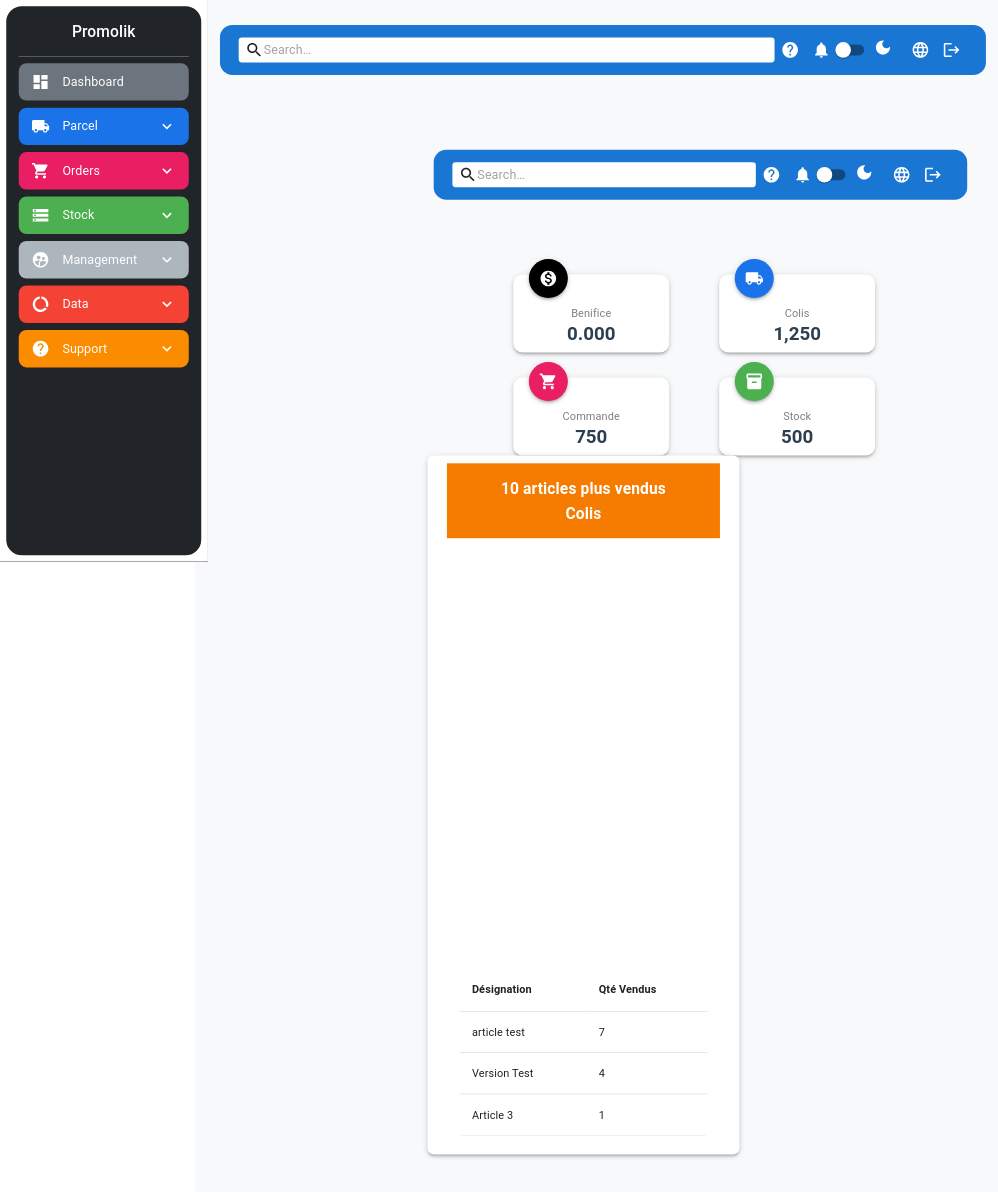
Repository: yosrjdly/stk
Page: /dashboard (app in dashboard/)
The author's editor kept a copy of each file at every save. The page is drawn from the files as they stood at one save, then again after the next save.
The browser window is 1280 px wide. The pictures show the whole page, at 78% of full size.
The project was rebuilt for these pictures with package versions that can differ from the ones it lists, and the page was loaded fresh each time. The framework's server and built-in components were replaced by stand-ins that run in the browser. Also part of the build but not shown: dashboard/next.config.ts.

Above is the page before, as saved 2025-02-14 18:17:14.

### dashboard/src/app/dashboard/Layout.tsx
"use client";

import { Box, CssBaseline, Toolbar } from "@mui/material";
import Sidebar from "../../componenets/sidebar/SideBar";
import Navbar from "../../componenets/navbar/Navbar"; // Assuming you have a Navbar component
import { ReactNode } from "react";

interface LayoutProps {
  children: ReactNode;
}

export default function Layout({ children }: LayoutProps) {
  return (
    <Box sx={{ display: "flex" }}>
      <CssBaseline />

      {/* Sidebar (Permanent) */}
      <Sidebar />

      {/* Main Content Area */}
      <Box
        component="main"
        sx={{

          flexGrow: 1,
          p: 3,
          width: `calc(100% - 250px)`, // Adjusting main content width to fit sidebar
          backgroundColor: "#f8f9fa",
          minHeight: "100vh",
        }}
      >
        {/* Navbar */}
        <Navbar />

        {/* Page Content */}
        <Toolbar /> {/* Keeps content from being hidden behind Navbar */}
        {children}
      </Box>
    </Box>
  );
}

### dashboard/src/app/dashboard/page.tsx
import DashboardStats from "@/componenets/cards/smallCard/StatisticCard";
import Layout from "../dashboard/Layout";
import TopSellingCard from "@/componenets/cards/mediumCard/TopSellingCard";

export default function DashboardHome() {
  return (
    <Layout>
    <DashboardStats/>
    <TopSellingCard/>
    </Layout>
  );
}

### dashboard/src/componenets/sidebar/SideBar.tsx
"use client";

import { useState } from "react";
import { useRouter, usePathname } from "next/navigation";
import {
  Drawer,
  List,
  ListItemButton,
  ListItemText,
  Collapse,
  Divider,
  Typography,
  Box,
  IconButton,
} from "@mui/material";
import { ExpandLess, ExpandMore, Brightness4, Brightness7 } from "@mui/icons-material";
import DashboardIcon from '@mui/icons-material/Dashboard';
import LocalShippingIcon from '@mui/icons-material/LocalShipping';
import ShoppingCartIcon from '@mui/icons-material/ShoppingCart';
import StorageIcon from '@mui/icons-material/Storage';
import SupervisedUserCircleIcon from '@mui/icons-material/SupervisedUserCircle';
import DataUsageIcon from '@mui/icons-material/DataUsage';
import HelpIcon from '@mui/icons-material/Help';

const menuItems = [
  {
    title: "Dashboard",
    path: "/dashboard",
    color: "#6c757d",
    icon: <DashboardIcon />,
  },
  {
    title: "Parcel",
    subItems: [
      { title: "Exchange List", path: "/dashboard/parcel/exchangeList" },
      { title: "Exchange Return", path: "/dashboard/parcel/exchangeReturn" },
      { title: "Exchange Creation", path: "/dashboard/parcel/exchangeCreation" },
      { title: "Package Creation", path: "/dashboard/parcel/packageCreation" },
      { title: "Package Edit", path: "/dashboard/parcel/packageEdit" },
      { title: "Package List", path: "/dashboard/parcel/packageList" },
      { title: "Parcel Return", path: "/dashboard/parcel/parcelReturn" },
    ],
    color: "#1a73e8",
    icon: <LocalShippingIcon />,
  },
  {
    title: "Orders",
    subItems: [
      { title: "Cash Sale", path: "/dashboard/orders/cashSale" },
      { title: "Orders", path: "/dashboard/orders/orders" },
    ],
    color: "#e91e63",
    icon: <ShoppingCartIcon />,
  },
  {
    title: "Stock",
    subItems: [
      { title: "Add Article", path: "/dashboard/stock/addArticle" },
      { title: "Entred Stock", path: "/dashboard/stock/entredStock" },
      { title: "Notification", path: "/dashboard/stock/notification" },
      { title: "Stock", path: "/dashboard/stock/stock" },
    ],
    color: "#4caf50",
    icon: <StorageIcon />,
  },
  {
    title: "Management",
    subItems: [
      { title: "Delivery Company", path: "/manegement/deliveryCompany" },
      { title: "Profile", path: "/dashboard/management/profile" },
      { title: "Profit", path: "/dashboard/management/profit" },
      { title: "Spending", path: "/dashboard/management/spending" },
      { title: "User", path: "/dashboard/management/user" },
    ],
    color: "#adb5bd",
    icon: <SupervisedUserCircleIcon />,
  },
  {
    title: "Data",
    subItems: [
      { title: "Archived Parcel", path: "/dashboard/data/archivedParcel" },
      { title: "Command Deleted", path: "/dashboard/data/commandDeleted" },
      { title: "Deleted Parcel", path: "/dashboard/data/deletedParcel" },
      { title: "Inventory Removed", path: "/dashboard/data/inventoryRemoved" },
    ],
    color: "#f44335",
    icon: <DataUsageIcon />,
  },
  {
    title: "Support",
    subItems: [
      { title: "About Us", path: "/dashboard/support/aboutUs" },
      { title: "Claims", path: "/dashboard/support/claims" },
      { title: "User Guide", path: "/dashboard/support/userGuide" },
    ],
    color: "#fb8c00",
    icon: <HelpIcon />,
  },
];

export default function Sidebar() {
  const router = useRouter();
  const pathname = usePathname();
  const [openSections, setOpenSections] = useState<Record<string, boolean>>({});

  const toggleSection = (title: string) => {
    setOpenSections((prev) => ({
      ...prev,
      [title]: !prev[title],
    }));
  };

  return (
    <Drawer variant="permanent" sx={{ width: 250, flexShrink: 0, marginTop: 2 }}>
      <Box sx={{ height: "100%", width: 250, padding: 2, backgroundColor: "#212529", borderRadius: 5, margin: 1 }}>
        <Typography variant="h6" sx={{ color: "white", textAlign: "center", mb: 2 }}>
          Promolik
        </Typography>
        <Divider sx={{ backgroundColor: "#6c757d" }} />
        <List>
          {menuItems.map((item, index) => {
            const isParentActive = item.subItems?.some((subItem) => pathname === subItem.path);

            return (
              <div key={index}>
                {item.subItems ? (
                  <>
                    <ListItemButton
                      sx={{
                        backgroundColor: item.color,
                        borderRadius: "10px",
                        marginBottom: 1,
                        color: "white",
                      }}
                      onClick={() => toggleSection(item.title)}
                    >
                      {item.icon}
                      <ListItemText primary={item.title} sx={{ ml: 2 }} />
                      {openSections[item.title] ? <ExpandLess /> : <ExpandMore />}
                    </ListItemButton>
                    <Collapse in={openSections[item.title]} timeout="auto" unmountOnExit>
                      <List component="div" disablePadding>
                        {item.subItems.map((subItem, subIndex) => (
                          <ListItemButton
                            key={subIndex}
                            sx={{
                              pl: 4,
                              backgroundColor: pathname === subItem.path ? item.color : "transparent",
                              borderRadius: pathname === subItem.path ? "10px" : "0px",
                              marginBottom: 1,
                              color: pathname === subItem.path ? "white" : "#ccc",
                            }}
                            onClick={() => router.push(subItem.path)}
                          >
                            <ListItemText primary={subItem.title} />
                          </ListItemButton>
                        ))}
                      </List>
                    </Collapse>
                  </>
                ) : (
                  <ListItemButton
                    sx={{
                      backgroundColor: pathname === item.path ? item.color : "transparent",
                      borderRadius: pathname === item.path ? "10px" : "0px",
                      marginBottom: 1,
                      color: pathname === item.path ? "white" : "#ccc",
                    }}
                    onClick={() => router.push(item.path)}
                  >
                    {item.icon}
                    <ListItemText primary={item.title} sx={{ ml: 2 }} />
                  </ListItemButton>
                )}
                <Divider />
              </div>
            );
          })}
        </List>
      </Box>
    </Drawer>
  );
}

### dashboard/src/componenets/navbar/Navbar.tsx
'use client';

import React, { useState } from 'react';
import { AppBar, Toolbar, IconButton, InputBase, Menu, MenuItem, Switch, FormControlLabel } from '@mui/material';
import { Search as SearchIcon, Help as HelpIcon, Notifications as NotificationsIcon, Language as LanguageIcon, Logout as LogoutIcon, DarkMode as DarkModeIcon } from '@mui/icons-material';
import { useTheme } from '@mui/material/styles';

const Navbar = () => {
  const [anchorEl, setAnchorEl] = useState(null);
  const [themeMode, setThemeMode] = useState(false); // Dark mode state

  const theme = useTheme();

  const handleMenuOpen = (event) => {
    setAnchorEl(event.currentTarget);
  };

  const handleMenuClose = () => {
    setAnchorEl(null);
  };

  const toggleTheme = () => {
    setThemeMode((prev) => !prev);
    // You can add a theme switcher logic here (like changing the theme color)
  };

  return (
    <AppBar
      position="sticky"
      sx={{
        mx: 1,
        mt: 1,
        borderRadius: '16px',
        boxShadow: 'none',
        backdropFilter: 'blur(10ppx',
        zIndex: 1200,
      }}
    >
      <Toolbar>
        {/* Search Bar */}
        <InputBase
          placeholder="Search…"
          startAdornment={<SearchIcon />}
          sx={{ flexGrow: 1, backgroundColor: theme.palette.background.default, borderRadius: '4px', paddingLeft: '8px' }}
        />

        {/* Help Icon */}
        <IconButton color="inherit" onClick={handleMenuOpen}>
          <HelpIcon />
        </IconButton>

        {/* Notifications Icon */}
        <IconButton color="inherit">
          <NotificationsIcon />
        </IconButton>

        {/* Theme Switch */}
        <FormControlLabel
          control={<Switch checked={themeMode} onChange={toggleTheme} />}
          label={<DarkModeIcon />}
        />

        {/* Language Icon */}
        <IconButton color="inherit">
          <LanguageIcon />
        </IconButton>

        {/* Logout Icon */}
        <IconButton color="inherit">
          <LogoutIcon />
        </IconButton>
      </Toolbar>

      {/* Help Icon Menu */}
      <Menu
        anchorEl={anchorEl}
        open={Boolean(anchorEl)}
        onClose={handleMenuClose}
      >
        <MenuItem onClick={handleMenuClose}>Help Center</MenuItem>
        <MenuItem onClick={handleMenuClose}>Contact Support</MenuItem>
      </Menu>
    </AppBar>
  );
};

export default Navbar;

### dashboard/src/componenets/cards/smallCard/StatisticCard.tsx
'use client';

import React from 'react';
import { Card, CardContent, Typography, Box } from '@mui/material';
import MonetizationOnIcon from '@mui/icons-material/MonetizationOn';
import LocalShippingIcon from '@mui/icons-material/LocalShipping';
import ShoppingCartIcon from '@mui/icons-material/ShoppingCart';
import InventoryIcon from '@mui/icons-material/Inventory';

const StatisticCard = ({
  title,
  value,
  icon,
  bgColor,
}: {
  title: string;
  value: string;
  icon: React.ReactNode;
  bgColor: string;
}) => {
  return (
    <Box sx={{ position: 'relative', display: 'inline-block', mx: 2 }}>
      {/* Floating Icon */}
      <Box
        sx={{
          position: 'absolute',
          top: -20,
          left: 20,
          width: 50,
          height: 50,
          borderRadius: '50%',
          backgroundColor: bgColor,
          display: 'flex',
          alignItems: 'center',
          justifyContent: 'center',
          boxShadow: 3,
        }}
      >
        {icon}
      </Box>

      {/* Card */}
      <Card
        sx={{
          width: 200,
          height: 100,
          borderRadius: 3,
          textAlign: 'center',
          boxShadow: 3,
          backgroundColor: 'white',
          pt: 3,
        }}
      >
        <CardContent>
          <Typography variant="body2" sx={{ color: 'gray' }}>
            {title}
          </Typography>
          <Typography variant="h5" sx={{ fontWeight: 'bold', color: '#2D3E50' }}>
            {value}
          </Typography>
        </CardContent>
      </Card>
    </Box>
  );
};

const DashboardStats = () => {
  const stats = [
    { title: 'Benifice', value: '0.000', icon: <MonetizationOnIcon sx={{ color: 'white' }} />, bgColor: 'black' },
    { title: 'Colis', value: '1,250', icon: <LocalShippingIcon sx={{ color: 'white' }} />, bgColor: '#1a73e8' },
    { title: 'Commande', value: '750', icon: <ShoppingCartIcon sx={{ color: 'white' }} />, bgColor: '#e91e63' },
    { title: 'Stock', value: '500', icon: <InventoryIcon sx={{ color: 'white' }} />, bgColor: '#4caf50' },
  ];

  return (
    <Box display="flex" justifyContent="center" gap={4} flexWrap="wrap" mt={4}>
      {stats.map((stat, index) => (
        <StatisticCard key={index} title={stat.title} value={stat.value} icon={stat.icon} bgColor={stat.bgColor} />
      ))}
    </Box>
  );
};

export default DashboardStats;

### dashboard/src/componenets/cards/mediumCard/TopSellingCard.tsx
"use client";

import { Card, CardContent, Typography, Table, TableBody, TableCell, TableContainer, TableHead, TableRow, Paper, Box } from "@mui/material";

const data = [
  { name: "article test", quantity: 7 },
  { name: "Version Test", quantity: 4 },
  { name: "Article 3", quantity: 1 },
];

const TopSellingCard = () => {
  return (
    <Card sx={{ width: 400, borderRadius: 2, boxShadow: 3, overflow: "hidden", display: "flex", flexDirection: "column", alignItems: "center", justifyContent: "center", position: "relative" }}>
      <CardContent sx={{ backgroundColor: "#f57c00", color: "white", textAlign: "center", padding: 2, width: 350, position: "absolute", top: 10 }}>
        <Typography variant="h6" fontWeight="bold">
          10 articles plus vendus
        </Typography>
        <Typography variant="h6" fontWeight="bold">
          Colis
        </Typography>
      </CardContent>
      <CardContent sx={{ width: 350, marginTop: 80 }}>
        <TableContainer component={Paper} elevation={0} sx={{ boxShadow: "none" }}>
          <Table>
            <TableHead>
              <TableRow>
                <TableCell sx={{ fontWeight: "bold" }}>Désignation</TableCell>
                <TableCell sx={{ fontWeight: "bold" }}>Qté Vendus</TableCell>
              </TableRow>
            </TableHead>
            <TableBody>
              {data.map((item, index) => (
                <TableRow key={index}>
                  <TableCell>{item.name}</TableCell>
                  <TableCell>{item.quantity}</TableCell>
                </TableRow>
              ))}
            </TableBody>
          </Table>
        </TableContainer>
      </CardContent>
    </Card>
  );
};

export default TopSellingCard;

Loaded but not shown: dashboard/src/app/layout.tsx (common file); dashboard/src/app/globals.css (common file)

After the next save:
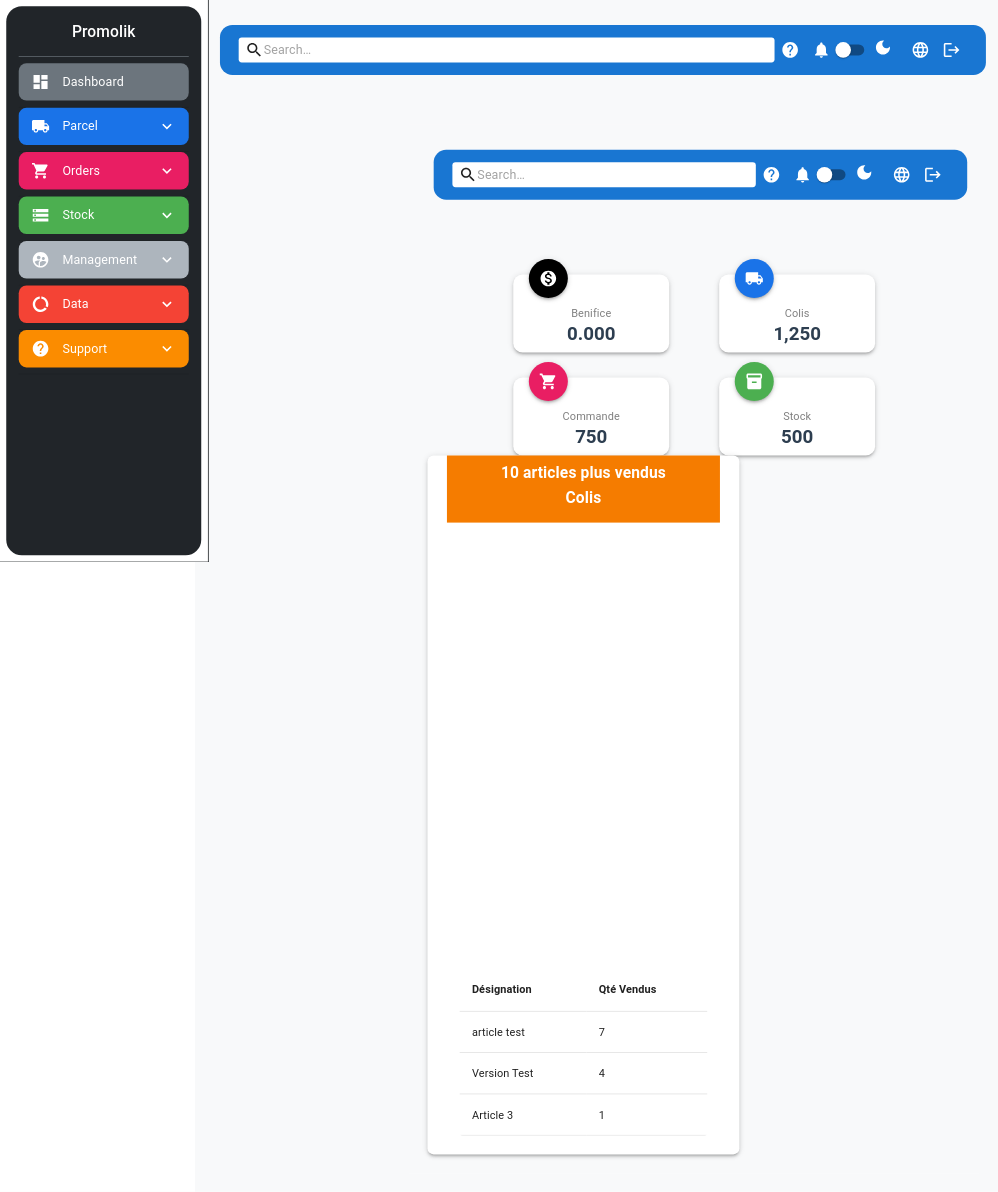
Saved 12 s later.
--- a/dashboard/src/componenets/cards/mediumCard/TopSellingCard.tsx
+++ b/dashboard/src/componenets/cards/mediumCard/TopSellingCard.tsx
@@ -11,7 +11,7 @@ const data = [
 const TopSellingCard = () => {
   return (
     <Card sx={{ width: 400, borderRadius: 2, boxShadow: 3, overflow: "hidden", display: "flex", flexDirection: "column", alignItems: "center", justifyContent: "center", position: "relative" }}>
-      <CardContent sx={{ backgroundColor: "#f57c00", color: "white", textAlign: "center", padding: 2, width: 350, position: "absolute", top: 10 }}>
+      <CardContent sx={{ backgroundColor: "#f57c00", color: "white", textAlign: "center", padding: 2, width: 350, position: "absolute", top: -10 }}>
         <Typography variant="h6" fontWeight="bold">
           10 articles plus vendus
         </Typography>
